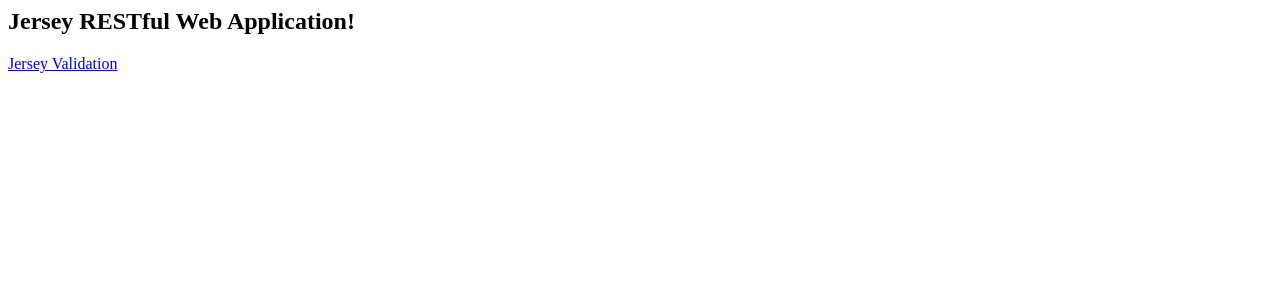
Repository: Vidhya2796/ATPTrainingFoldersJEECloud
Page: http://localhost/validation/
The author's editor kept a copy of each file at every save. The page is drawn from the files as they stood at one save, then again after the next save.
The browser window is 1280 px wide. The pictures show the whole page.
The page is served by Tomcat 9.

Above is the page before, as saved 2018-12-20 05:16:30.

After the next save:
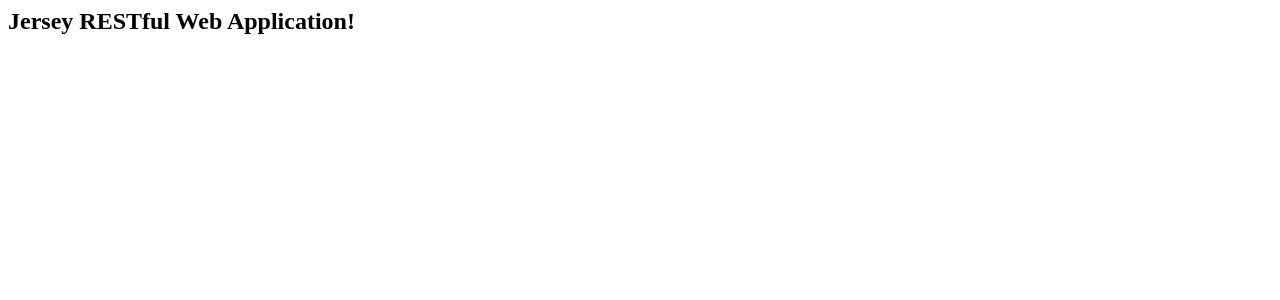
Saved 26 s later.
--- a/SpringREST/validation/src/main/webapp/index.jsp
+++ b/SpringREST/validation/src/main/webapp/index.jsp
@@ -4,6 +4,6 @@
     <!-- <p><a href="webapi/myresource">Jersey resource</a>
     <p>Visit <a href="http://jersey.java.net">Project Jersey website</a>
     for more information on Jersey! -->
-    <p><a href="webapi/validate">Jersey Validation</a>
+    <!-- <p><a href="webapi/validate">Jersey Validation</a> -->
 </body>
 </html>
